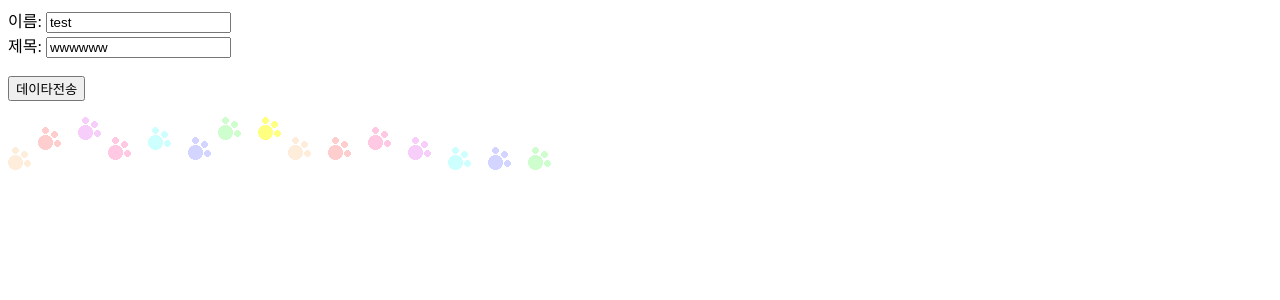
Repository: sorakazae/ITBANK_JSP_101
Page: http://localhost/Web0517/CCC.jsp
These files come from the project's save history. The page is drawn as it stood at one moment and after the next save; the edit follows.
The browser window is 1280 px wide. The pictures show the whole page.
The page is served by Tomcat 9.

Above is the page before, as saved 2014-05-31 03:57:40.

### day8/my/Web0517/WebContent/CCC.jsp
<%@ page language="java" contentType="text/html; charset=EUC-KR"
    pageEncoding="EUC-KR"%>

<html>
<head>
<title> [CCC.jsp]</title>
</head>
<body>
	<form action="DDD.jsp" method="post">
	 이름: <input type=text name="name" value="test"> <br>
	 제목: <input type=text name="title" value="wwwwww"> <br>
	 <input type=hidden name="num" value="32"> <br>

	 <input type="submit" value="데이타전송">

	</form>

	<p>
	<img src="images/bar.gif">
</body>
</html>

After the next save:
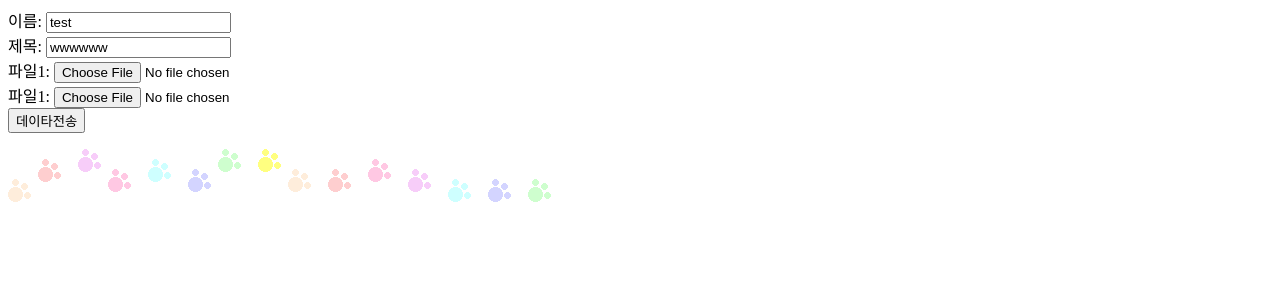
Saved 113 s later.
--- a/day8/my/Web0517/WebContent/CCC.jsp
+++ b/day8/my/Web0517/WebContent/CCC.jsp
@@ -9,7 +9,9 @@
 	<form action="DDD.jsp" method="post">
 	 이름: <input type=text name="name" value="test"> <br>
 	 제목: <input type=text name="title" value="wwwwww"> <br>
-	 <input type=hidden name="num" value="32"> <br>
+	 <!-- <input type=hidden name="num" value="32"> <br> -->
+	 파일1: <input type=file name="file1"> <br>
+	 파일1: <input type=file name="file2"> <br>
 
 	 <input type="submit" value="데이타전송">
 
